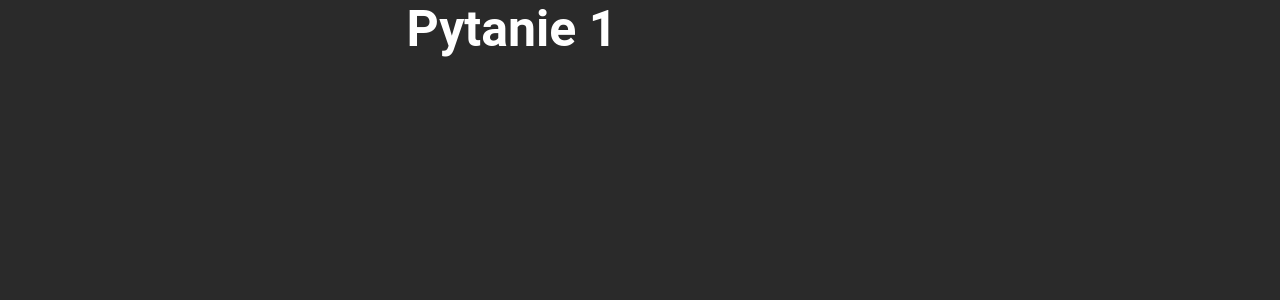
Repository: BaczkiewiczDawid/weatherApp
Page: index.html
These files come from the project's save history. The page is drawn as it stood at one moment and after the next save; the edit follows.
The browser window is 1280 px wide. The pictures show the whole page.

Above is the page before, as saved 2020-02-22 18:28:35.

### index.html
<!DOCTYPE html>
<head>
    <link rel="stylesheet" href="style.css">
    <link href="https://fonts.googleapis.com/css?family=Montserrat:300,400,500,700,900&display=swap" rel="stylesheet">
    <meta name="viewport" content="width=device-width, initial-scale=1.0">
    <meta charset="UTF-8">
</head>
<body>
    <h1>Pytanie 1</h1>
    <script src="app.js"></script>
</body>

### style.css
* {
    margin: 0;
    padding: 0;
    box-sizing: border-box;
}
body, html {
    background: #2a2a2a;
    font-family: 'Roboto', sans-serif;
}
h1 {
    color: white;
    font-size: 50px;
    width: 80%;
    display: flex;
    text-align: center;
    justify-content: center;
}

Loaded but not shown: app.js (no copy from this time; the picture is the same without it)

After the next save:
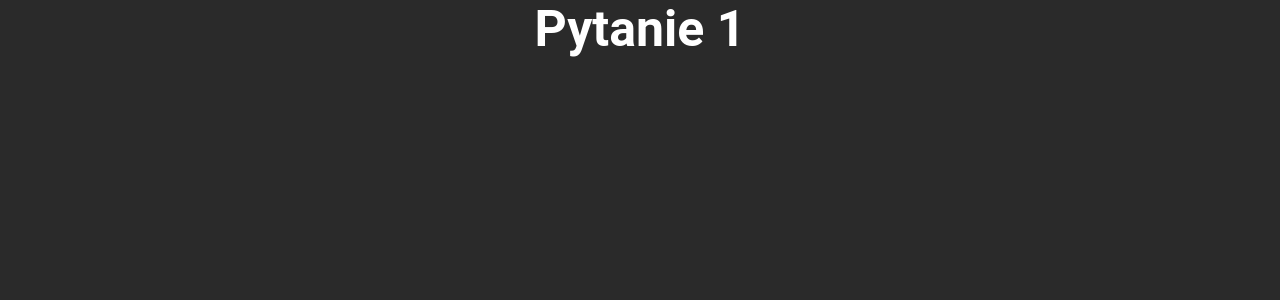
Saved 4 s later.
--- a/style.css
+++ b/style.css
@@ -10,7 +10,6 @@ body, html {
 h1 {
     color: white;
     font-size: 50px;
-    width: 80%;
     display: flex;
     text-align: center;
     justify-content: center;
